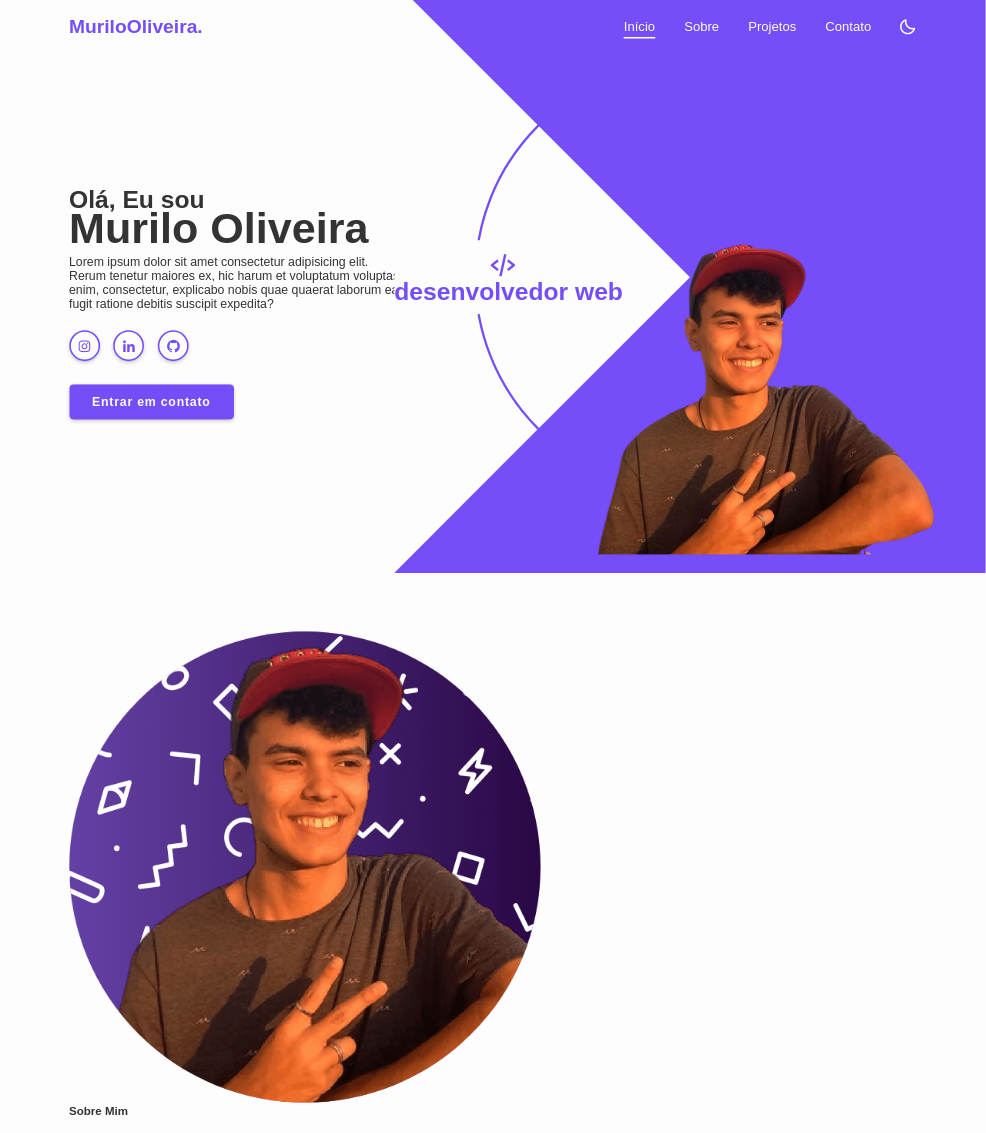
Repository: devMuriloOliveira/Portfolio-
Page: index.html
These files come from the project's save history. The page is drawn as it stood at one moment and after the next save; the edit follows.
The browser window is 1280 px wide. The pictures show the whole page, at 77% of full size.
Some web fonts or font styles are not loaded; a fallback is used.

Above is the page before, as saved 2023-03-11 16:01:00.

### index.html
<!DOCTYPE html>
<html lang="en">
  <head>
    <meta charset="UTF-8" />
    <meta http-equiv="X-UA-Compatible" content="IE=edge" />
    <meta name="viewport" content="width=device-width, initial-scale=1.0" />
    <title>Murilo Oliveira</title>

    <!--box icons-->
    <link
      href="https://unpkg.com/boxicons@2.1.4/css/boxicons.min.css"
      rel="stylesheet"
    />

    <!--font-->
    <link
      rel="stylesheet"
      href="https://fonts.googleapis.com/css2?family=Material+Symbols+Outlined:opsz,wght,FILL,GRAD@20..48,100..700,0..1,-50..200"
    />

    <!--css-->
    <link rel="stylesheet" href="style.css" />
  </head>
  <body>
    <header class="header">
      <a class="logo" href="#">Murilo<span>Oliveira</span>.</a>

      <nav class="navbar">
        <a href="#inicio" class="active">Início</a>
        <a href="#sobre">Sobre</a>
        <a href="#projetos">Projetos</a>
        <a href="#contato">Contato</a>
      </nav>

      <div class="bx bx bx-moon" id="darkMode-icon"></div>
    </header>

    <!------------inicio------------>

    <section class="inicio" id="inicio">
      <div class="inicio-content">
        <h3>Olá, Eu sou</h3>
        <h1>Murilo Oliveira</h1>
        <p>
          Lorem ipsum dolor sit amet consectetur adipisicing elit. Rerum tenetur
          maiores ex, hic harum et voluptatum voluptas enim, consectetur,
          explicabo nobis quae quaerat laborum ea fugit ratione debitis suscipit
          expedita?
        </p>

        <div class="social-media">
          <a href="#"><i class="bx bxl-instagram"></i></a>
          <a href="#"><i class="bx bxl-linkedin"></i></a>
          <a href="#"><i class="bx bxl-github"></i></a>
        </div>

        <a href="#" class="btn">Entrar em contato</a>
      </div>

      <div class="profession-container">
        <div class="profession-box">
          <div class="profession" style="--i: 0">
            <i class="bx bx-code-alt"></i>
            <h3>desenvolvedor web</h3>
          </div>
          <div class="profession" style="--i: 1">
            <i class="bx bx-code-alt"></i>
            <h3>desenvolvedor web</h3>
          </div>
          <div class="profession" style="--i: 2">
            <i class="bx bx-code-alt"></i>
            <h3>desenvolvedor web</h3>
          </div>
          <div class="profession" style="--i: 3">
            <i class="bx bx-code-alt"></i>
            <h3>desenvolvedor web</h3>
          </div>
          <div class="circle"></div>
        </div>

        <div class="overlay"></div>
      </div>

      <div class="inicio-img">
        <img src="assets/homem_sorrindo-removebg-preview.png" alt="" />
      </div>
    </section>

    <!------------sobre------------>

    <section class="sobre" id="sobre">
      <div class="sobre-img">
        <img src="/assets/profile-pic (4).png" alt="" />
      </div>

      <div class="sobre content">
        <h2 class="heading">Sobre <span>Mim</span></h2>
      </div>
    </section>

    <script src="js/script.js"></script>
  </body>
</html>

### style.css
*{
  margin: 0;
  padding: 0;
  box-sizing: border-box;
  text-decoration: none;
  border: none;
  outline: none;
  scroll-behavior: smooth;
  font-family: 'Poppins', sans-serif;
}

:root{
  --bg-color: #fdfdfd;
  --text-color: #333;
  --main-color: #754ef9;
  --white-color: #fdfdfd;
  --shadow-color: rgba(0, 0, 0, .2);
}

html{
  font-size: 62.5%;
  overflow-x: hidden;
}

body{
  background: var(--bg-color);
  color: var(--text-color);
}

.header{
  position: fixed;
  top: 0;
  left: 0;
  width: 100%;
  padding: 2rem 7%;
  background: transparent;
  display: flex;
  align-items: center;
  z-index: 100;
}

.logo{
  font-size: 2.5rem;
  color: var(--main-color);
  font-weight: 600;
  cursor: default;
  margin-right: auto;
}

.navbar a{
  position: relative;
  font-size: 1.7rem;
  color: var(--white-color);
  font-weight: 500;
  margin-right: 3.5rem;
}

.navbar a.active::before{
  content: '';
  position: absolute;
  left: 0;
  bottom: -6px;
  width: 100%;
  height: .2rem;
  background: var(--white-color);
}

#darkMode-icon{
  font-size: 2.4rem;
  color: var(--white-color);
  cursor: pointer;
}

section{
  min-height: 100vh;
  padding: 10rem 7% 2rem;
}

.inicio{
  display: flex;
  align-items: center;
}

.inicio .inicio-content{
  max-width: 44rem;
}

.inicio-content h3{
  font-size: 3.2rem;
  font-weight: 700;
  line-height: .3;
}

.inicio-content h1{
  font-size: 5.6rem;
  font-weight: 700;
  margin-bottom: .3rem;
}

.inicio-content p{
  font-size: 1.6rem;
}

.inicio-content .social-media a{
  display: inline-flex;
  justify-content: center;
  align-items: center;
  width: 4rem;
  height: 4rem;
  background: transparent;
  border: .2rem solid var(--main-color);
  border-radius: 50%;
  box-shadow: 0 .2rem .5rem var(--shadow-color);
  font-size: 2rem;
  color: var(--main-color);
  margin: 2.5rem 1.5rem 3rem 0;
  transition: .5s ease;
}

.inicio-content .social-media a:hover{
  background: var(--main-color);
  color: var(--white-color);
}

.btn{
  display: inline-block;
  padding: 1.2rem 2.8rem;
  background: var(--main-color);
  border-radius: .6rem;
  box-shadow: 0 .2rem .5rem var(--shadow-color);
  font-size: 1.6rem;
  color: var(--white-color);
  letter-spacing: .1rem;
  font-weight: 600;
  border: .2rem solid transparent;
  transition: .5s ease;
}

.btn:hover{
  background: transparent;
  color: var(--main-color);
  border-color: var(--main-color);
}

.inicio .profession-container{
  position: absolute;
  top: 50%;
  right: 0;
  transform: translateY(-50%);
  width: 768px;
  height: 768px;

  overflow: hidden;
  pointer-events: none;
}

.inicio .profession-container .profession-box{
  position: absolute;
  top: 0;
  right: 0;
  width: 768px;
  height: 768px;
  border-radius: 50%;
  display: flex;
  justify-content: center;
  align-items: center;
}

.inicio .profession-box .profession{
  position: absolute;
  left: 0;
  display: flex;
  align-items: center;
  flex-direction: column;
  color: var(--main-color);
  transform: rotate(calc(360deg / 4 * var(--i)));
  transform-origin: 384px;
  background: var(--bg-color);
  padding: 13px 0;
}

.inicio .profession-box .profession:nth-child(1) i {
  margin-right: 15px;
}

.inicio .profession-box .profession:nth-child(2),
.inicio .profession-box .profession:nth-child(4) {
  padding-bottom: 20px;
}

.inicio .profession i{
  font-size: 3.8rem;
}

.inicio .profession h3{
  font-size: 3.2rem;
  line-height: 1;
  font-weight: 600;
}

.inicio .profession-box .circle{
  width: 560px;
  height: 560px;

  border: 3px solid var(--main-color);
  border-radius: 50%;
}

.inicio .profession-container .overlay{
  position: absolute;
  top: 0;
  right: 0;
  width: 0;
  height: 0;
  border-top: 384px solid var(--main-color);
  border-right: 384px solid var(--main-color);
  border-bottom: 384px solid var(--main-color);
  border-left: 384px solid transparent;

}

.inicio-img img{
  position: absolute;
  bottom: 0;
  right: 0;
  width: 50%;
  pointer-events: none;
}

Loaded but not shown: js/script.js (no copy from this time; the picture is the same without it)

After the next save:
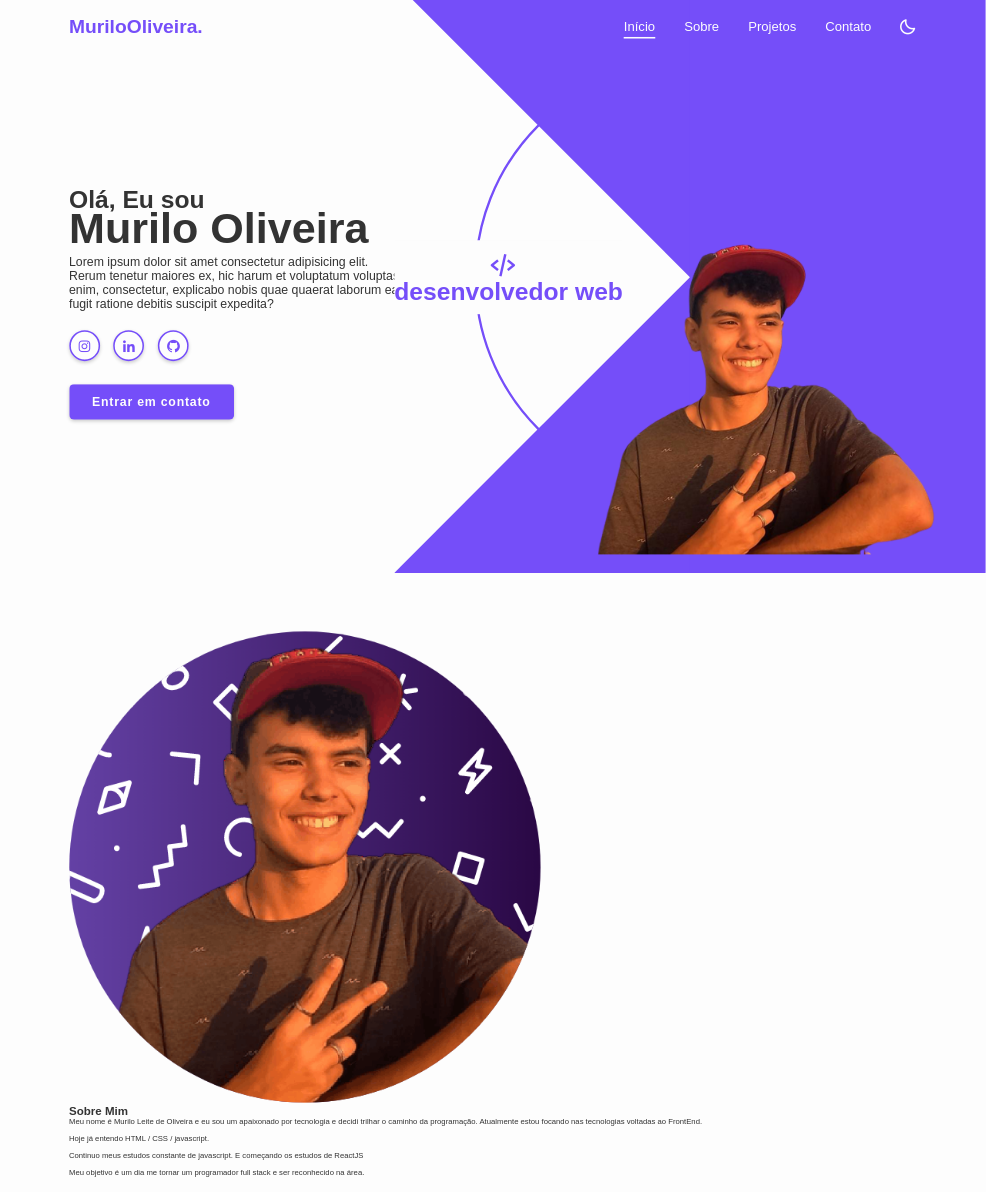
Saved 80 s later.
--- a/index.html
+++ b/index.html
@@ -95,6 +95,24 @@
 
       <div class="sobre content">
         <h2 class="heading">Sobre <span>Mim</span></h2>
+        <h3></h3>
+        <p>
+          Meu nome é Murilo Leite de Oliveira e eu sou um apaixonado por
+          tecnologia e decidi trilhar o caminho da programação. Atualmente estou
+          focando nas tecnologias voltadas ao FrontEnd.
+        </p>
+        <br />
+        <p>Hoje já entendo HTML / CSS / javascript.</p>
+        <br />
+        <p>
+          Continuo meus estudos constante de javascript. E começando os estudos
+          de ReactJS
+        </p>
+        <br />
+        <p>
+          Meu objetivo é um dia me tornar um programador full stack e ser
+          reconhecido na área.
+        </p>
       </div>
     </section>
 
